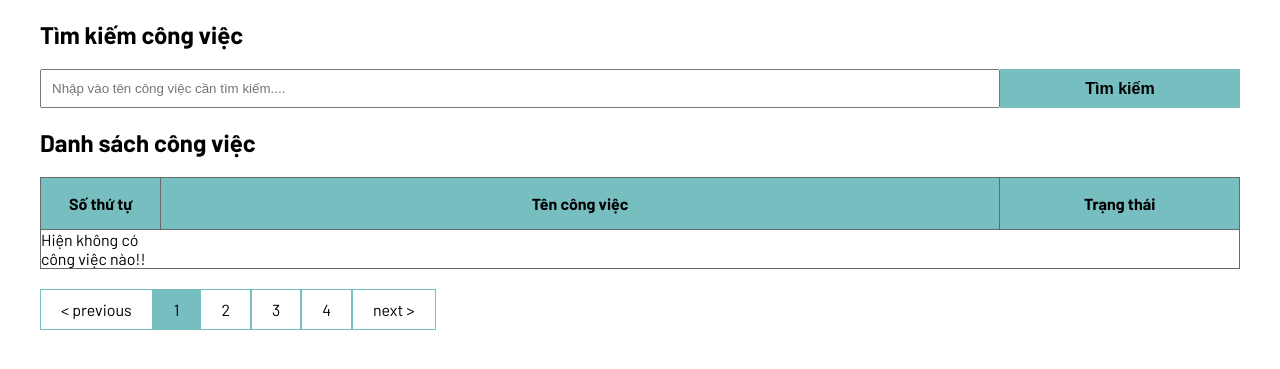
Repository: OkazakiTruong/searchReact
Page: /
An editor plug-in stored every save of this project. The page is shown before and after the next save, followed by the edit.
The browser window is 1280 px wide. The pictures show the whole page.
The page's requests for data from a server got no answer. The project was rebuilt for these pictures with package versions that can differ from the ones it lists, and the page was loaded fresh each time. No one was signed in, and anything a server would have sent is missing. Also part of the build but not shown: vite.config.js.

Above is the page before, as saved 2024-01-11 18:57:48.

After the next save:
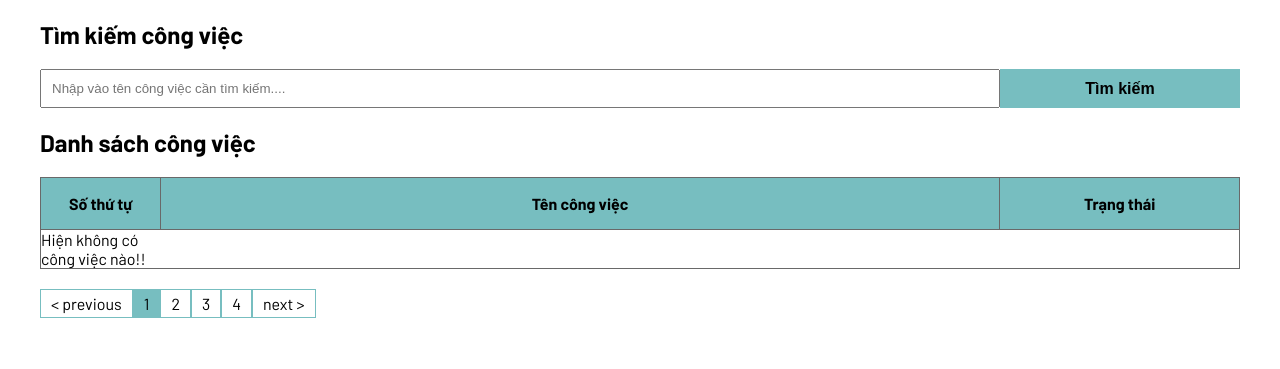
Saved 34 s later.
--- a/src/SearchApp/Pagination/pagination.css
+++ b/src/SearchApp/Pagination/pagination.css
@@ -7,7 +7,7 @@
 .pagination ul,
 li {
   border: 1px solid #77bec0;
-  padding: 10px 20px;
+  padding: 4px 10px;
   cursor: pointer;
   user-select: none;
 }
